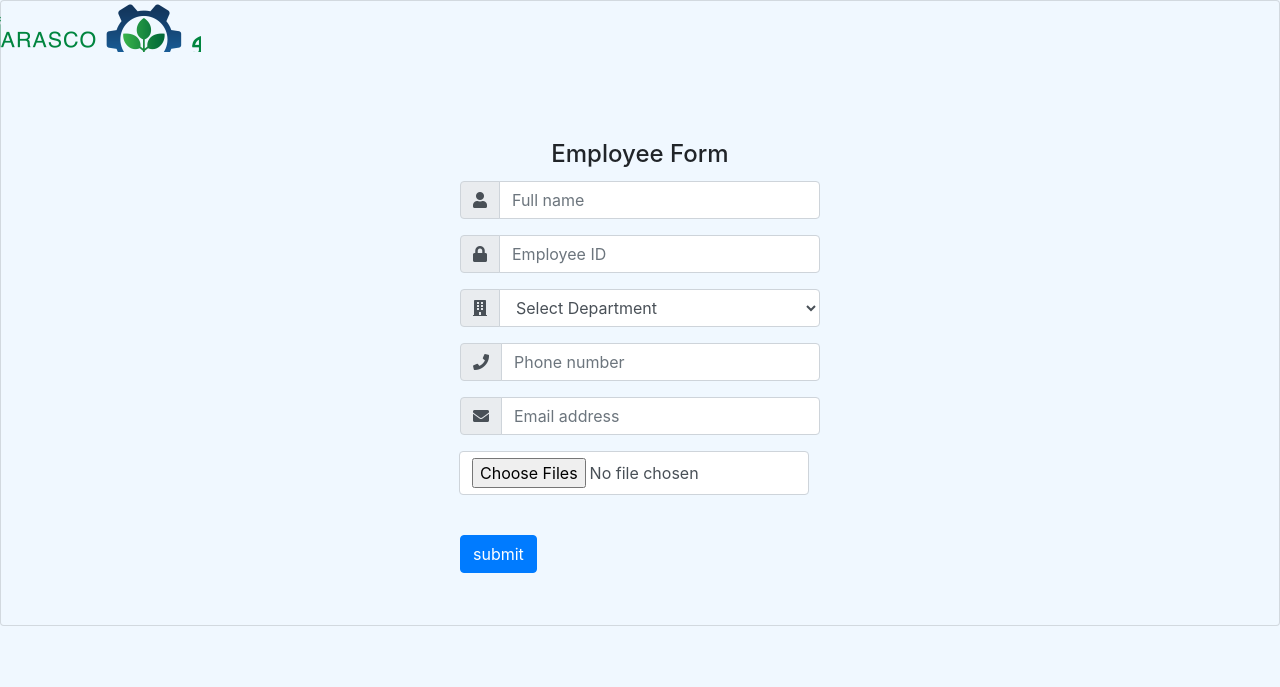
Repository: Abdulah68/ARASCO
Page: index.html
These files come from the project's save history. The page is drawn as it stood at one moment and after a run of saves; the edit follows.
The browser window is 1280 px wide. The pictures show the whole page.
Some web libraries are served in a nearby version.

Above is the page before, as saved 2020-12-24 14:39:50.
Console error: TypeError: Cannot read properties of undefined (reading 'fn')

After the next 3 saves:
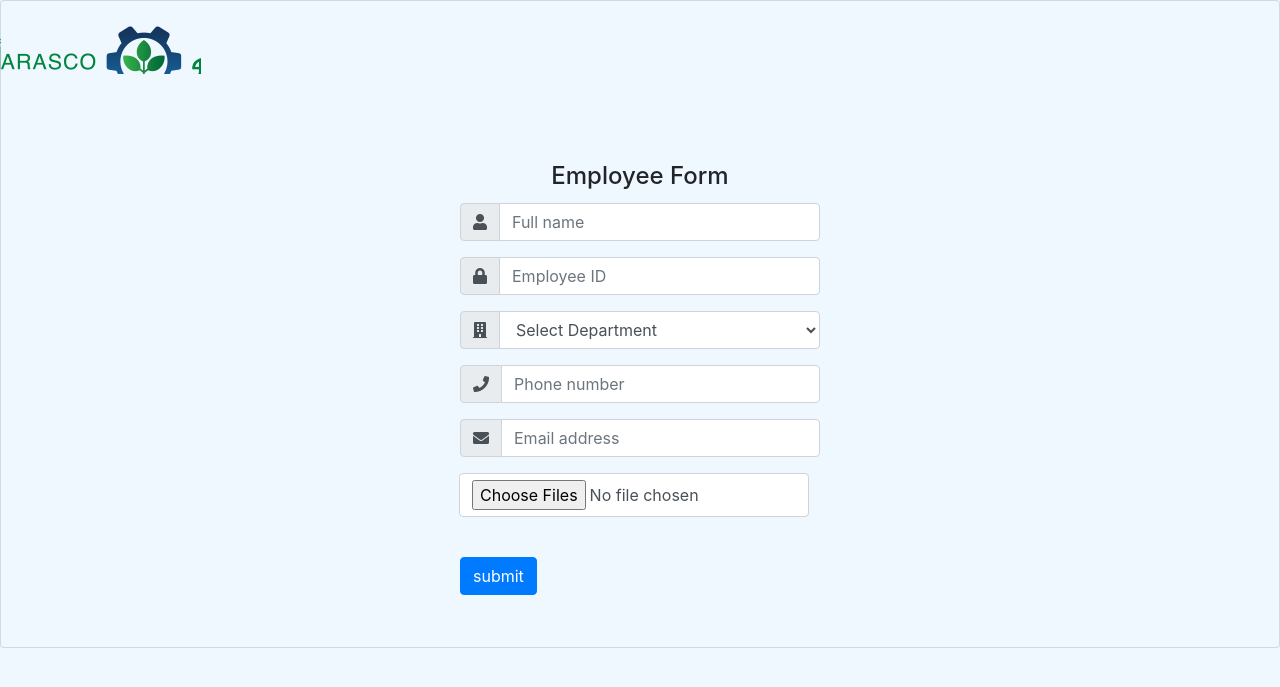
The 3 saves are shown as one change because they came seconds apart.
The last was saved 13 s later.
--- a/style.css
+++ b/style.css
@@ -3,7 +3,7 @@
 {
 
     background: url(Iamges/ARASCO1.png);
-    margin: 3px;
+    margin: 25px;
     margin-left: -572px;
     margin-right:1078px;
     margin-bottom: 52px;
